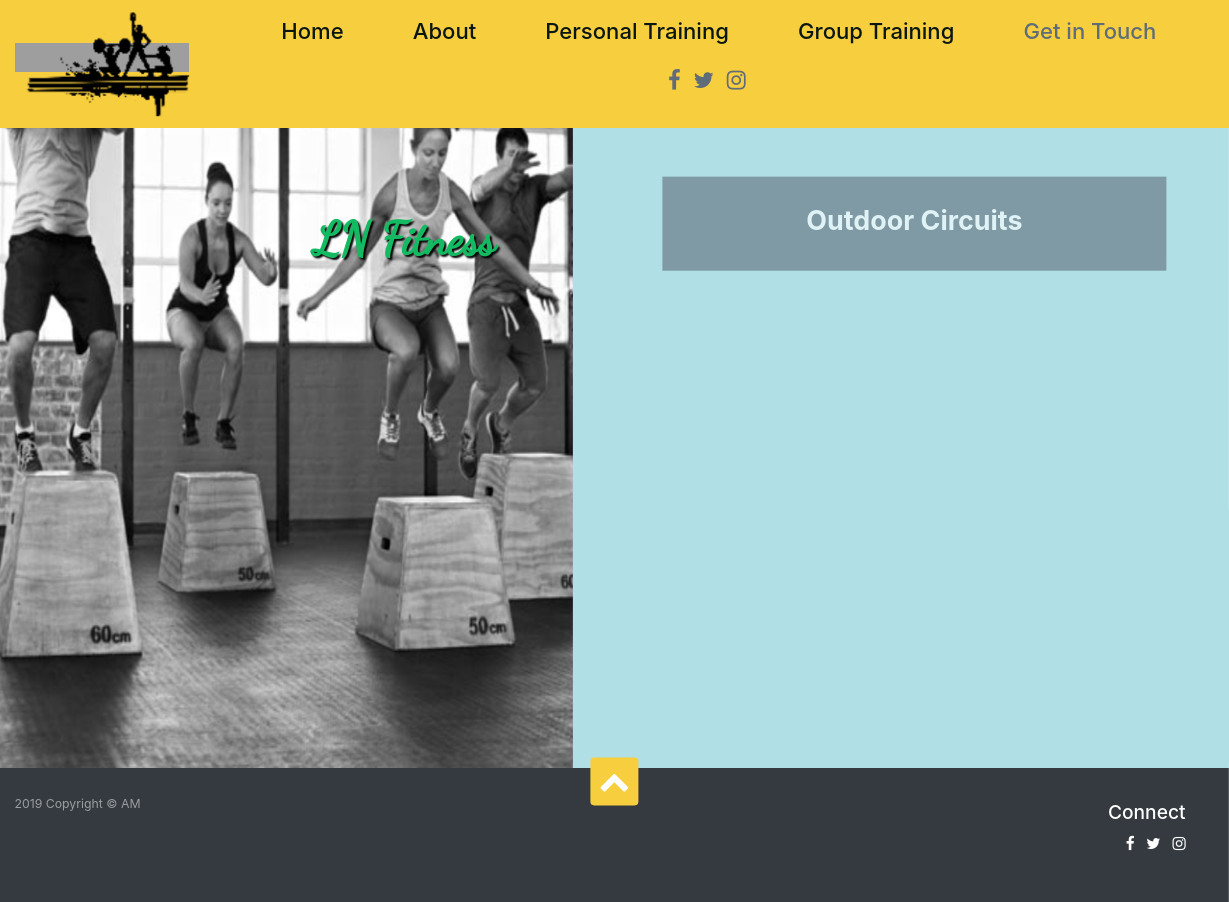
Repository: murphya14/Fitness-webpage
Page: get-in-touch.html
The author's editor kept a record of every edit. The page is drawn from the files as they stood at one moment, then again after the next edit.
The browser window is 1280 px wide. The pictures show the whole page, at 96% of full size.
Pictures or frames that could not be fetched are drawn as grey boxes.

Above is the page before.

### get-in-touch.html
<!DOCTYPE html>
<html lang="en">

<head>
  <meta charset="UTF-8">
  <meta name="viewport" content="width=device-width, initial-scale=1.0">
  <meta http-equiv="X-UA-Compatible" content="ie=edge">
  <link rel="stylesheet" href="assets/css/style.css" />
  <link rel="stylesheet" href="https://stackpath.bootstrapcdn.com/bootstrap/4.3.1/css/bootstrap.min.css" <link rel="stylesheet" href="https://stackpath.bootstrapcdn.com/font-awesome/4.7.0/css/font-awesome.min.css" type="text/css" />
  <link rel="shortcut icon" type="image/x-icon" href="assets/favicon.ico">
  <link rel="stylesheet" href="https://cdnjs.cloudflare.com/ajax/libs/font-awesome/4.7.0/css/font-awesome.min.css">
  <link rel="stylesheet" type="text/css" href="//fonts.googleapis.com/css?family=Dancing+Script" />
  <title>Home</title>
</head>

<body>



  <header>
    <!-- Logo and Nav bar-->
    <!-- Used help from Stack overflow: https://stackoverflow.com/questions/23949804/how-to-change-link-color-bootstrap-->


    <nav class=" container-fliud navbar navbar-expand-lg navbar-custom  fixed-top navbar-light topnav">
      <div><a class="logo " href="index.html">
          <img src="assets/images/logo.png" alt="logo">
        </a></div>


      <div>
        <div>
          <ul class="nav justify-content-center container-fluid">

            <li class="nav-item">
              <a class="nav-link" href="index.html">Home</a>
            </li>
            <li class="nav-item ">
              <a class="nav-link" href="about.html">About</a>
            </li>
            <li class="nav-item  ">
              <a class="nav-link" href="personal-training.html">Personal Training</a>
              <li class="nav-item ">
                <a class="nav-link" href="group-training.html">Group Training</a>
              </li>
              <li class="nav-item ">
                <a class="nav-link" id="active" href="get-in-touch.html">Get in Touch</a>
              </li>
          </ul>

        </div>
        <!-- Select menu for Nav bar for smaller devices-->

        <select id="select">
    <option value="index.html" >Home</div>
    <option value="about.html" >About</option>
    <option value="personal-training.html">Personal Training</option>
    <option value="group-training" >Group Training</option>
    <option value="get-in-touch" selected="selected">Get in Touch</option>
  </select>

        <!-- Social links-->

        <div class="row no-gutters">
          <div class="col">

            <div class="nav-link">

              <ul class="list-inline social-links">
                <li class="list-inline-item">
                  <a target="_blank" href="#">
                            <i class="fa fa-facebook" aria-hidden="true"></i>
                            <span class="sr-only">Facebook</span>
                        </a>
                </li>
                <li class="list-inline-item">
                  <a target="_blank" href="#">
                            <i class="fa fa-twitter" aria-hidden="true"></i>
                            <span class="sr-only">Twitter</span>
                        </a>
                </li>


                <li class="list-inline-item">
                  <a target="_blank" href="#">
                            <i class="fa fa-instagram" aria-hidden="true"></i>
                            <span class="sr-only">Instagram</span>
                        </a>
                </li>

              </ul>
            </div>
          </div>
        </div>

    </nav>


  </header>

  <!-- Container for main image -->
 <section class="section">

  <div class="container-fluid col-md-12 contact-container">


 <div class="row no-gutters">

  <div class="column main-image-contact image">
          <img src="assets/images/get-in-touch.jpg" alt="Jumping group">

          <h2 class="image-text">LN Fitness</h2>
  </div>
  <!-- Content for section -->

<div class="column contact-box">

  <h3 class="section-heading ">Get in touch with LN Fitness</h3>
  <div class="transbox">
    <h3 class="box-heading"> Outdoor Circuits </h3>

      <p class="col-md-12 col-sm-12">



      </p>
    </div>



  </div>
</div>




  </section>
  </div>




  <!-- footer-->

  <footer id="footer" class="container-fluid py-4 bg-dark text-white-50">
    <div class="row">

      <div class="col-sm-4 text-footer">
        <small>2019 Copyright &copy; AM</small></div>

      <div class="col-sm-4 "><a id="button"></a></div>


      <div class="col-sm-4">

        <!-- footer social media links-->
        <div class="footer-link">
          <h5 class="uppercase general-sub">Connect</h5>
          <ul class="list-inline social-links">
            <li class="list-inline-item">
              <a target="_blank" href="#">
                            <i class="fa fa-facebook" aria-hidden="true"></i>
                            <span class="sr-only">Facebook</span>
                        </a>
            </li>
            <li class="list-inline-item">
              <a target="_blank" href="#">
                            <i class="fa fa-twitter" aria-hidden="true"></i>
                            <span class="sr-only">Twitter</span>
                        </a>
            </li>


            <li class="list-inline-item">
              <a target="_blank" href="#">
                            <i class="fa fa-instagram" aria-hidden="true"></i>
                            <span class="sr-only">Instagram</span>
                        </a>
            </li>

          </ul>
        </div>

      </div>

  </footer>


  <!--------------Back to top button created with help from https://www.templatemonster.com/blog/back-to-top-button-css-jquery/--->
  <script src="https://code.jquery.com/jquery-3.4.1.slim.min.js"></script>
  <script src="https://cdnjs.cloudflare.com/ajax/libs/popper.js/1.15.0/umd/popper.min.js"></script>
  <script src="https://stackpath.bootstrapcdn.com/bootstrap/4.3.1/js/bootstrap.min.js"></script>


  <script>
    jQuery(document).ready(function() {

      var btn = $('#button');

      $(window).scroll(function() {
        if ($(window).scrollTop() > 300) {
          btn.addClass('show');
        }
        else {
          btn.removeClass('show');
        }
      });

      btn.on('click', function(e) {
        e.preventDefault();
        $('html, body').animate({ scrollTop: 0 }, '300');
      });

    });
  </script>




</body>

</html>

### assets/css/style.css
/*----------------------------------------------- Colours*/

.nav-link {
    color: #00ccff;
}

#active {
    color: #5F6C7A;
}

.navbar {
    background:#f7ce3e ;

}


li a:hover {
    color: #f7ce3e;
}

/*--------------------------------------------- General*/

body {font-size: 17px;
    font-family: "arial", sans-serif;
    margin: 0; padding: 0; overflow-x:hidden;
}

.center {
  display: block;
  margin-left: auto;
  margin-right: auto;
  width: 50%;
}


.inline-block {
    display: inline-block;
}







.highlight {color:#D2691E;
    padding:0;
    margin:0;
}








/*--------------------------------------------- Nav bar*/

nav ul {

    display: block;
    font-size: 23px;
    font-weight: 700;




}

    .nav-item {
        margin-left: 40px;
    }

.logo {
    position: static;
    background: url("../images/rosie.jpg");
    background-position: center;
    background-repeat: no-repeat;
    margin-right:40px;
    padding-top: 10px;
    padding-left: 10px;
    min-height: 100px;
    transition: all .5s ease-in-out;
    -moz-transition: all .5s ease-in-out;
    -webkit-transition: all .5s ease-in-out;
    height: 10%;
    width: 25%;
}

.header {
    position: fixed;
    top: 0;
    left: 0;
    right: 0;
    background-color: #e84610;
    padding: 15px 25px;

}

nav select {
    display: none;
    background-color: #77C9D4;
    color: white;
    border: 1px solid #778899;
   position: relative;
   cursor: pointer;
   top: 100%;
  left: 0;
  right: 0;
  z-index: 99;

}

#select {color: #f7ce3e;
    background-color: #5F6C7A;
}


.nav-link
{color: #0A1612;
text-align: center;
padding: 8px;
    margin-right: 0;
    display: block;

    font-size:33;
    font-weight: 500;
    padding-left: 5px;
      transition: all 0.35s ease-in-out;
    -moz-transition: all 0.35s ease-in-out;
    -webkit-transition: all 0.35s ease-in-out;
    -o-transition: all 0.35s ease-in-out;
    max-width:100%;

}
/*-------------------------Social links*/
nav a {color:#5F6C7A;}

nav a:hover {
    color: white;
}

/*-------------------------------------------Section*/

/*-------------------------Section Image*/

.main-image {max-width:100%;
    height:100%;
    padding-left:0;
    padding-right:0;
    position: relative;
    transform: translate(-5%, +10%);
    margin: 0;

 }

.image-text {
   position: absolute;
   top: 250px;
   left: 70%;
   width: 100%;
   color:#13BA61;
   font-family: "Dancing Script";
   font-size: 48px;
   font-variant: normal;
   font-weight: 700;
   line-height: 26.4px;
   text-shadow: 2px 2px 2px #000;
    transform: translate(-50%, -50%);
 }


/*------------------Index.html*/
 .section {background-color:#B0E0E6;
  text-align: center;


     max-width:100%;
 }

.section-heading {color: #D2691E;
            text-align: center;
            margin-top:100px;
}

.section-p {padding:12px;
margin:10px;
    padding-bottom: 50px;
;


}

.section-p-about {padding:15px;
    text-align: center;
     width:75%;
}



.free-link {text-align: center;
    font-weight: 700;
    background-color: #5F6C7A;
    font:white;
    padding:15px;
    margin:15px;
    border-radius:15px;

  bottom: 5px;
  right: 30px;
  transition: background-color .3s;
  z-index: 1000;
  position: relative;
   left: 50%;

     transform: translate(-50%,-50%);


}

.section-link {color:white;
 width:120px;


}


.section a:hover {color:#f7ce3e;
text-decoration:none;

}

/*------------------About.html*/


/* With help from https://www.w3schools.com/css/tryit.asp?filename=trycss_transparency*/

div.transbox {
  margin: 50px;

  background-color: #5F6C7A;
  border: none;
  opacity: 0.6;
  filter: alpha(opacity=60);
  padding: 10px;
}

div.transbox p {
  margin: 5%;
  font-weight: bold;
  color: #000000;
}

.box-heading {font-weight:700;
color:white;}


/*------------------personal-training.html*/

.col-md-10 {transform: translate(+5%,0);}

.transbox-testimony {height:400px;
    transform: translate(+8%,0);
}

.testimony {transform: translate(+12%, +12%);}

/*------------------group-trainig.html*/

iframe {transform: translate(+50%, 0%);}

.timetable-link {
transform: translate(-50%,+40%);
    width: 25%;
}

/*------------------get-in-touch.html*/


  .row {
  display: flex;
}

.column {
  flex: 50%;
}

.main-image-contact {transform: translate(-5%,0%);}

.box-heading {padding-top:20px;}

.btn {

  color: black;
  font-weight:700;
  padding: 15px 20px;
  border: none;
  cursor: pointer;
  background-color:#f7ce3e;
 width:50%;
}

.btn:hover {
  opacity: 1;
  background-color:#B0E0E6 ;
}

.center-form {opacity:1;
   }




/*--------------------------------------------- footer*/

#button {
  text-align: center;
  display: inline-block;
  background-color: #f7ce3e;
  width: 50px;

  border-radius: 4px;
  bottom: 10px;
  right: 30px;
  transition: background-color .3s;
  z-index: 1000;
  position: relative;
   left: 50%;

     transform: translate(-50%,-50%);


}


#button:hover {
  cursor: pointer;
  background-color: #333;
}
#button:active {
  background-color: #555;
}

#button::after {
  content: "\f077";
  font-family: FontAwesome;
  font-weight: normal;
  font-style: normal;
  font-size: 2em;
  line-height: 50px;
  color: #fff;
}

.footer-link
{color: white;
text-align: right;

    float: none;
    padding-bottom: 10px;
    padding-right: 30px;
    padding-top:10px;
    font-size:33;
    font-weight: 500;
    padding-left: 5px;
      transition: all 0.35s ease-in-out;
    -moz-transition: all 0.35s ease-in-out;
    -webkit-transition: all 0.35s ease-in-out;
    -o-transition: all 0.35s ease-in-out;

}

footer a {color:white;}

 footer  a:hover {
    color: #f7ce3e;
}

.text-footer {float: left;
padding-bottom: 5px;
text-align: left;

}

#footer { min-height: 120px;

    margin: 0;
    padding: 15px;
    max-width:100%;}



/*------------- Responsive design*/

/* Extra small devices (phones, 600px and down) */


@media only screen and (max-width: 600px) {

/*------------------------------------- Changing the menu to a select bar for smaller screens*/
  .topnav {display: none;
    }
    nav select {
        display: inline-block;
        width: 55%;
        height: 25%;
          border-radius: 4px;
        position: left;
    }
    .nav-item {
        display: none;
    }
    .logo {
        position: right;
        height: 80%;
    }
     .column {
    width: 100%;
  }
}






/* Small devices (portrait tablets and large phones, 600px and up) */

@media only screen and (min-width: 600px) {}

/* Medium devices (landscape tablets, 768px and up) */

@media only screen and (min-width: 768px) {
.section-p-about {  transform: translate(25%, 0);}
}

/* Large devices (laptops/desktops, 992px and up) */

@media only screen and (min-width: 992px) {
    ...
}

/* Extra large devices (large laptops and desktops, 1200px and up) */

@media only screen and (min-width: 1200px)
}

After the next edit:
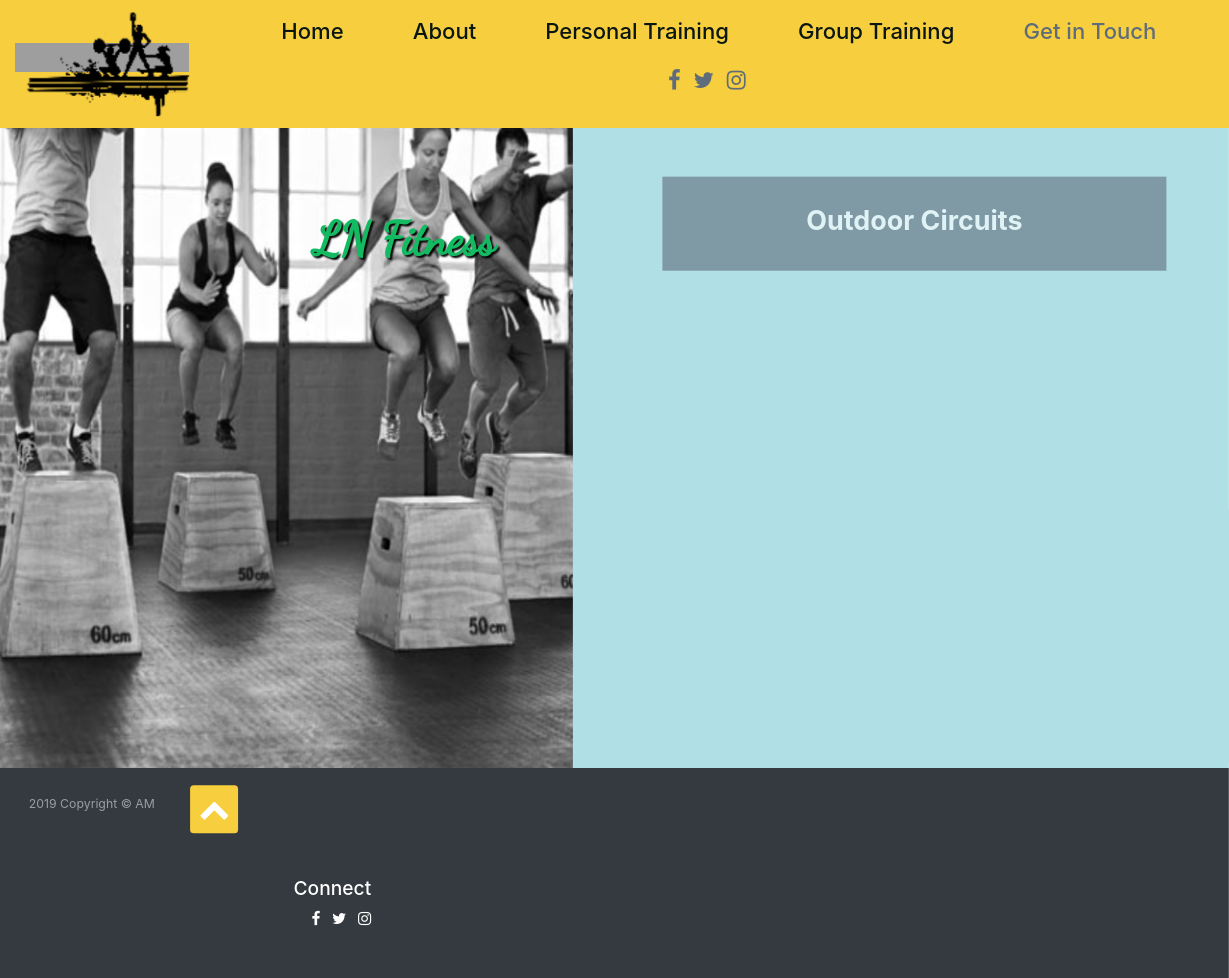
The edit:
--- a/get-in-touch.html
+++ b/get-in-touch.html
@@ -142,8 +142,8 @@
 
   <!-- footer-->
 
+
   <footer id="footer" class="container-fluid py-4 bg-dark text-white-50">
-    <div class="row">
 
       <div class="col-sm-4 text-footer">
         <small>2019 Copyright &copy; AM</small></div>

After the edit that followed:
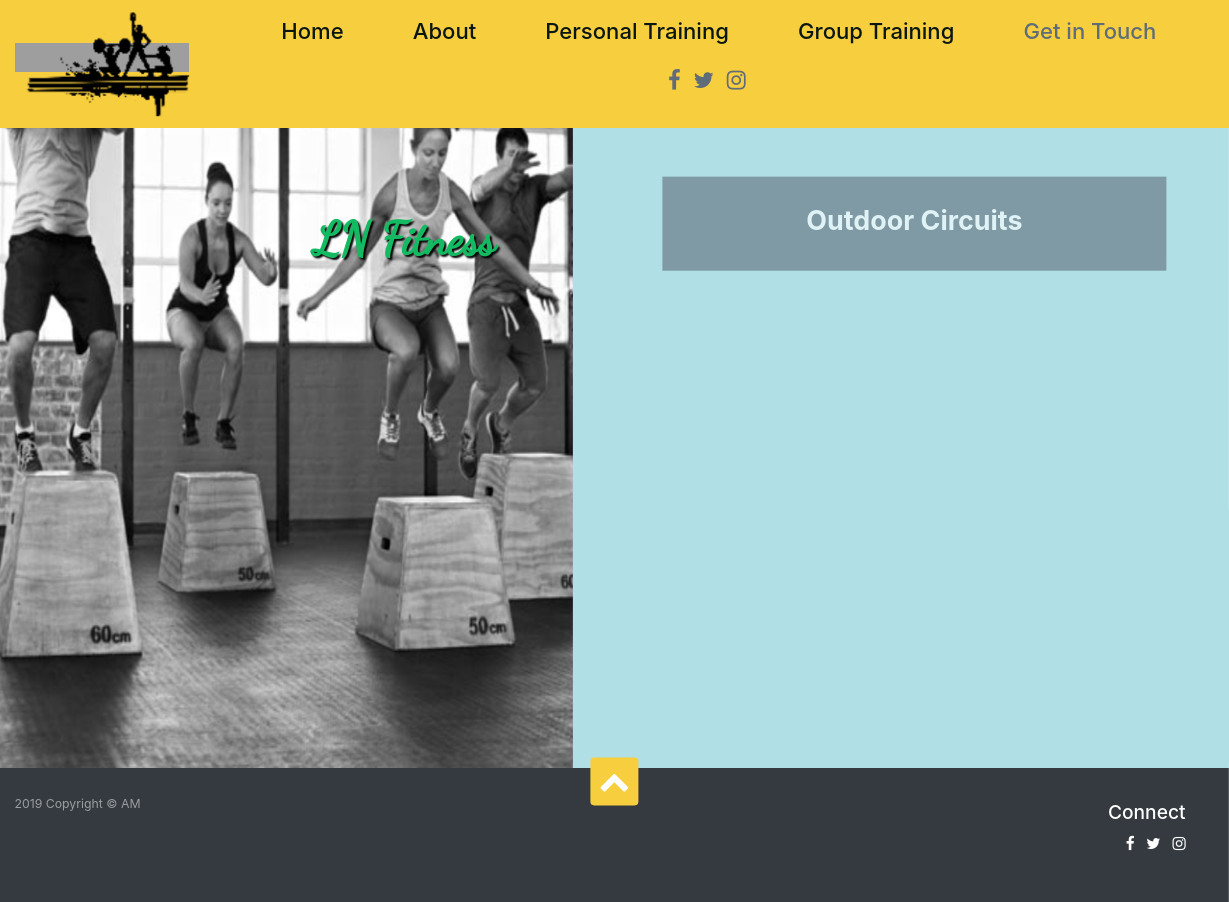
The edit:
--- a/get-in-touch.html
+++ b/get-in-touch.html
@@ -144,7 +144,7 @@
 
 
   <footer id="footer" class="container-fluid py-4 bg-dark text-white-50">
-
+    <div class="row">
       <div class="col-sm-4 text-footer">
         <small>2019 Copyright &copy; AM</small></div>
 
